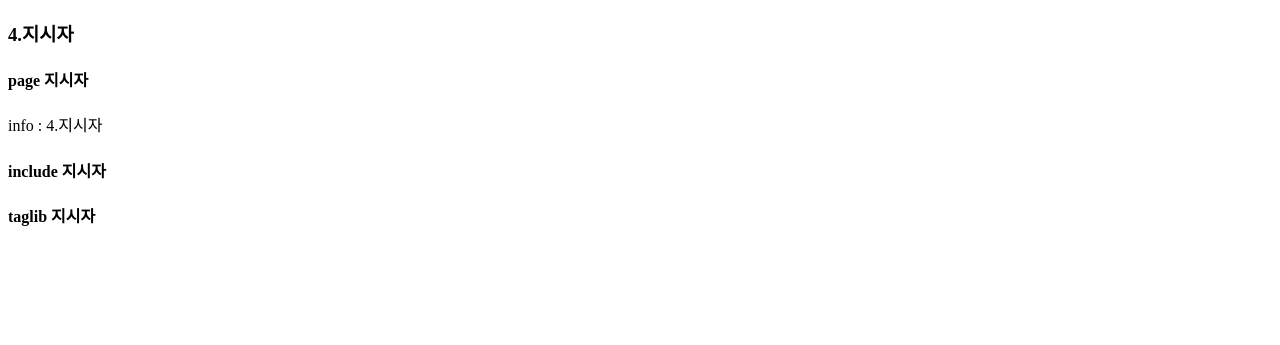
Repository: 123rhkddms2/JSP
Page: http://localhost/ch02/4.지시자.jsp
These files come from the project's save history. The page is drawn as it stood at one moment and after the next save; the edit follows.
The browser window is 1280 px wide. The pictures show the whole page.
The page is served by Tomcat 9.

Above is the page before, as saved 2024-01-29 02:21:51.

After the next save:
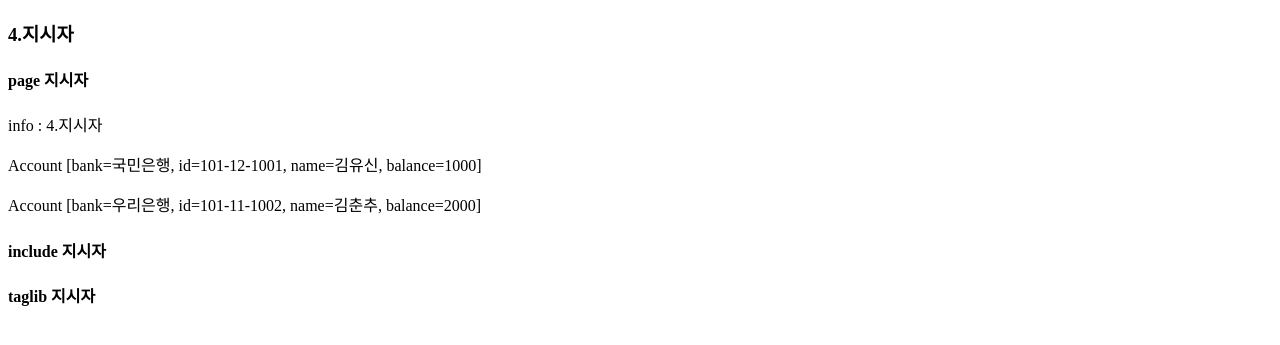
Saved 2 min 5 s later.
--- a/ch02/src/main/webapp/4.지시자.jsp
+++ b/ch02/src/main/webapp/4.지시자.jsp
@@ -1,3 +1,4 @@
+<%@ page import="sub1.Account"%>
 <%@ page contentType="text/html;charset=UTF-8" pageEncoding="UTF-8" info="4.지시자"%>
 <!DOCTYPE html>
 <html>
@@ -18,6 +19,17 @@
 		<p>
 			info : <%= getServletInfo() %>
 		</p>
+		<%
+			Account kb = new Account("국민은행", "101-12-1001", "김유신", 1000);
+			Account wr = new Account("우리은행", "101-11-1002", "김춘추", 2000);
+
+		%>
+		<p><%= kb %></p>
+		<p><%= wr %></p>
+
+
+
+
 
 
 		<h4>include 지시자</h4>
